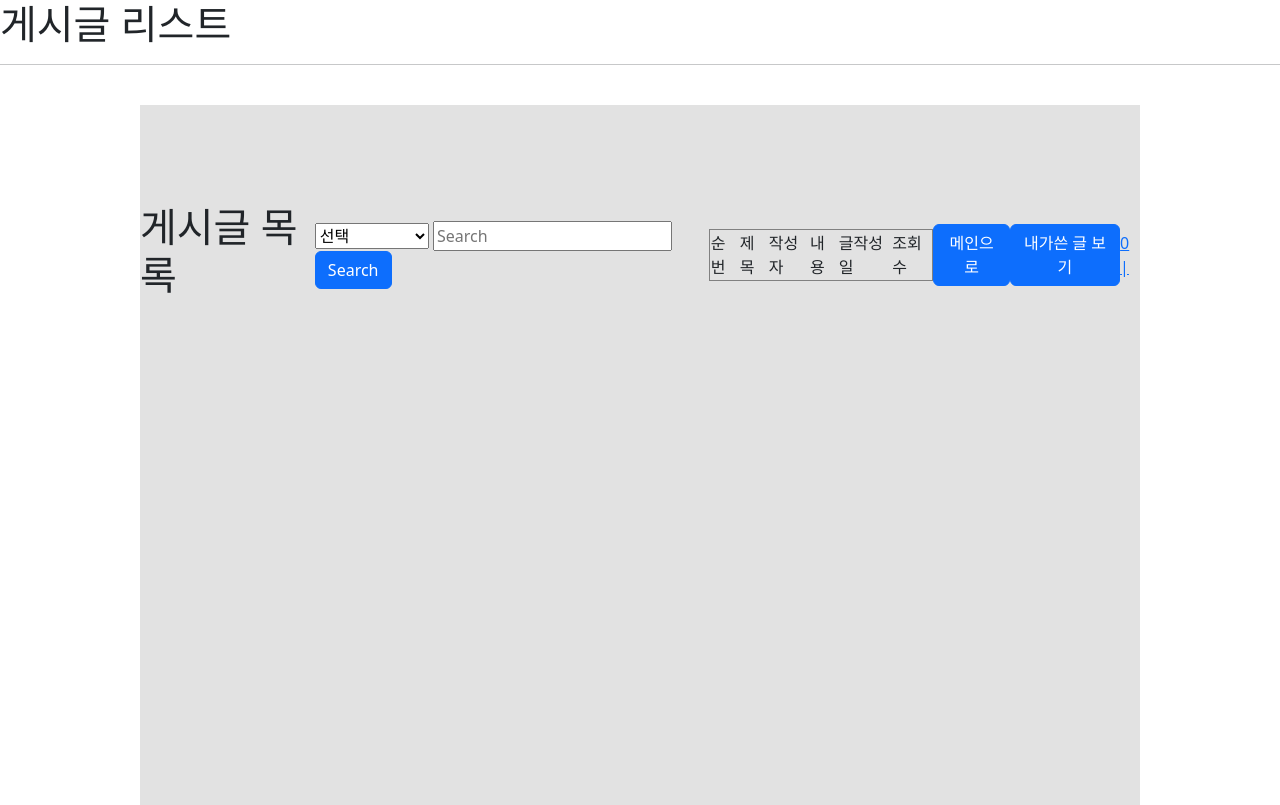
Repository: yangone8249/jsp_project
Page: http://localhost/yang_project/board/BoardList.jsp
An editor plug-in stored every save of this project. The page is shown before and after the next save, followed by the edit.
The browser window is 1280 px wide. The pictures show the whole page.
The page is served by Tomcat 9. Other server files are loaded and not shown. The template is opened directly, without the code that normally fills it, so the values that code supplies are empty.

Above is the page before, as saved 2023-06-01 02:06:16.

### yang_project/yang_project/src/main/webapp/board/BoardList.jsp
<%@ page language="java" contentType="text/html; charset=UTF-8"
    pageEncoding="UTF-8"%>
<%@ taglib uri="http://java.sun.com/jsp/jstl/core" prefix="c" %>
<!DOCTYPE html>
<html>
<head>
<meta charset="UTF-8">
<title>게시글목록</title>
<link href="https://cdn.jsdelivr.net/npm/bootstrap@5.2.3/dist/css/bootstrap.min.css" rel="stylesheet" integrity="sha384-rbsA2VBKQhggwzxH7pPCaAqO46MgnOM80zW1RWuH61DGLwZJEdK2Kadq2F9CUG65" crossorigin="anonymous">
<script src="https://cdn.jsdelivr.net/npm/bootstrap@5.2.3/dist/js/bootstrap.bundle.min.js" integrity="sha384-kenU1KFdBIe4zVF0s0G1M5b4hcpxyD9F7jL+jjXkk+Q2h455rYXK/7HAuoJl+0I4" crossorigin="anonymous"></script>
<style type="text/css">
	#content{
		width : 1000px;
		height : 700px;
		background-color: #E2E2E2;
		margin:auto;
		 justify-content : center;
		display: flex;
		align-items : center;
		padding-bottom: 400px;
	}
</style>
</head>
<body>
	<h1>게시글 리스트</h1>
	<hr><br>
	<div id="content">
		<h1 id="listTitle">게시글 목록</h1>
		<form action="/brd/page" method="post" >
			<div>
				<c:set value="${pgh.pgvo.type }" var="typed"></c:set>
				<select name="type">
					<option ${typed == null ? 'selected' : '' }>선택</option>
					<option ${typed eq 't' ? 'selected' : '' } value="t">제목</option>
					<option ${typed eq 'c' ? 'selected' : '' } value="c">내용</option>
					<option ${typed eq 'w' ? 'selected' : '' } value="w">작성자</option>
					<option ${typed eq 'tc' ? 'selected' : '' } value="tc">제목 + 내용</option>
					<option ${typed eq 'tw' ? 'selected' : '' } value="tw">제목 + 작성자</option>
					<option ${typed eq 'cw' ? 'selected' : '' } value="cw">내용 + 작성자</option>
				</select>
				<input type="text" name="keyword" placeholder="Search">
				<input type="hidden" name="pageNo" value="${pgh.pgvo.pageNo }">
				<input type="hidden" name="qty" value="${pgh.pgvo.qty }">
				<button type="submit" class="btn btn-primary">Search</button>
			</div>
		</form>
			<table border="1">
			<tr>
				<td>순번</td>
				<td>제목</td>
				<td>작성자</td>
				<td>내용</td>
				<td>글작성일</td>
				<td>조회수</td>
			</tr>
			<c:forEach items="${list }" var="list" varStatus="i">
				<tr>
					<td>${i.count }</td>
					<td>
					<c:if test="${list.image_file ne null && list.image_file ne '' }">
					<img alt="없음" src="/_fileUpload/th_${list.image_file}">
					</c:if>
					<a href="/brd/detail?bno=${list.bno }">${ list.title}</a></td>
					<td>${list.writer }</td>
					<td>${list.content }</td>
					<td>${list.regdate }</td>
					<td>${list.count }</td>
				</tr>
			</c:forEach>
		</table>
		<a href="/"><button type="button" class="btn btn-primary">메인으로</button></a>
			<a href="/brd/page?type='w'&keyword=${ses.id }" ><button class="btn btn-primary">내가쓴 글 보기</button></a>
		<c:if test="${pgh.prev }">
			<a href="/brd/page?pageNo=${pgh.startPage-1 }&qty=${pgh.pgvo.qty}&type=${pgh.pgvo.type}&keyword=${pgh.pgvo.keyword}">이전</a>
		</c:if>
		<c:forEach begin="${pgh.startPage }" end="${pgh.endPage }" var="i">
			<a href="/brd/page?pageNo=${i }&qty=${pgh.pgvo.qty}&type=${pgh.pgvo.type}&keyword=${pgh.pgvo.keyword}">${i } | </a>
		</c:forEach>
		<c:if test="${pgh.next }">
			<a href="/brd/page?pageNo=${pgh.endPage+1 }&qty=${pgh.pgvo.qty}&type=${pgh.pgvo.type}&keyword=${pgh.pgvo.keyword}">다음</a>
		</c:if></div>
</body>
</html>

After the next save:
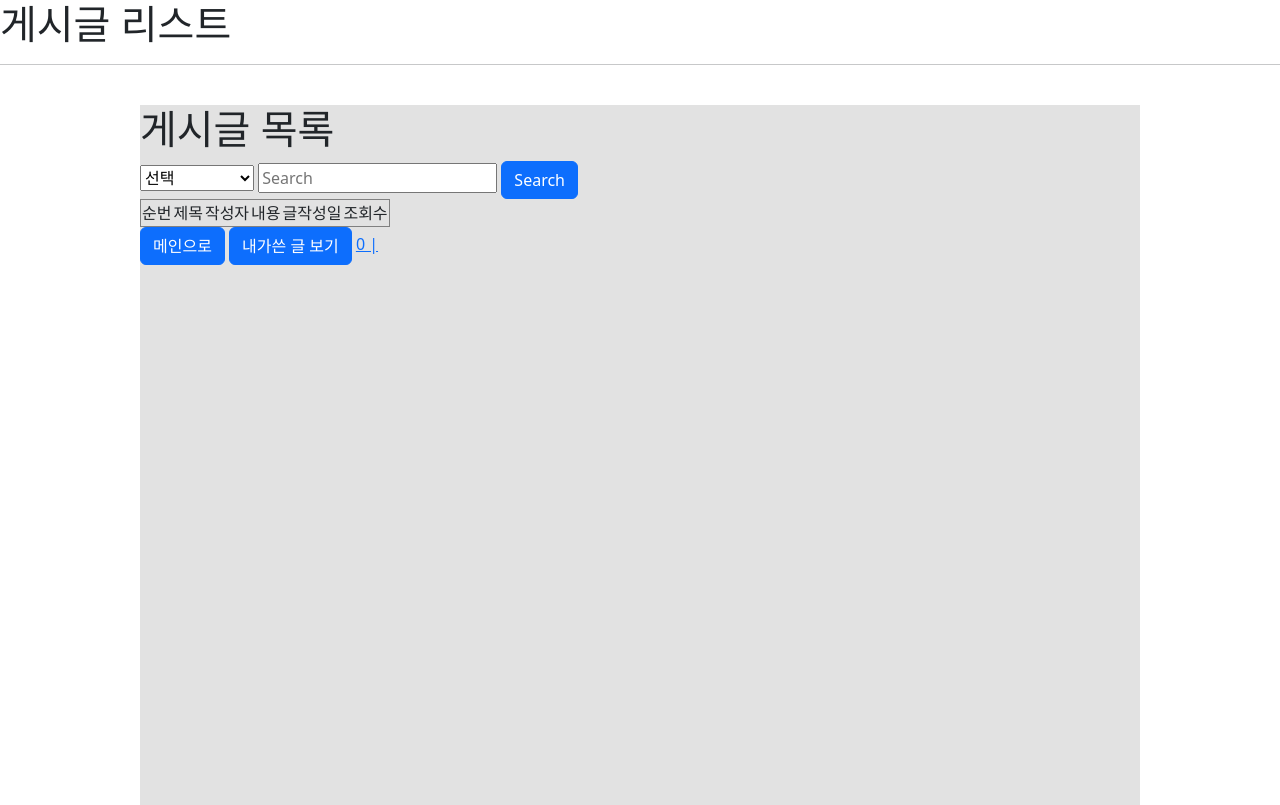
Saved 22 s later.
--- a/yang_project/yang_project/src/main/webapp/board/BoardList.jsp
+++ b/yang_project/yang_project/src/main/webapp/board/BoardList.jsp
@@ -14,10 +14,7 @@
 		height : 700px;
 		background-color: #E2E2E2;
 		margin:auto;
-		 justify-content : center;
-		display: flex;
-		align-items : center;
-		padding-bottom: 400px;
+
 	}
 </style>
 </head>
